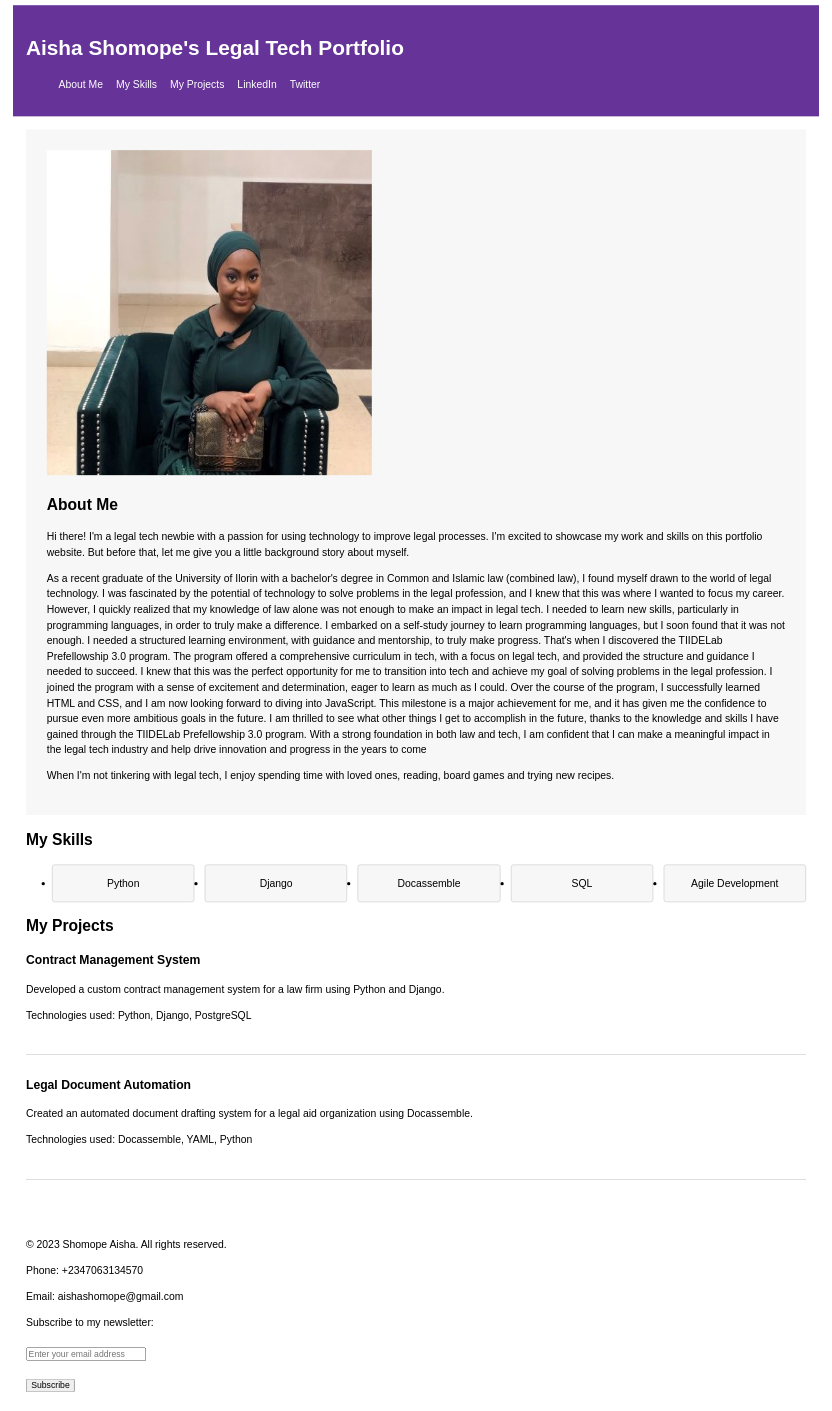
Repository: Iyewande/AishasPortfolio
Page: Index.html
An editor plug-in stored every save of this project. The page is shown before and after the next save, followed by the edit.
The browser window is 1280 px wide. The pictures show the whole page, at 65% of full size.

Above is the page before, as saved 2023-04-30 20:23:35.

After the next save:
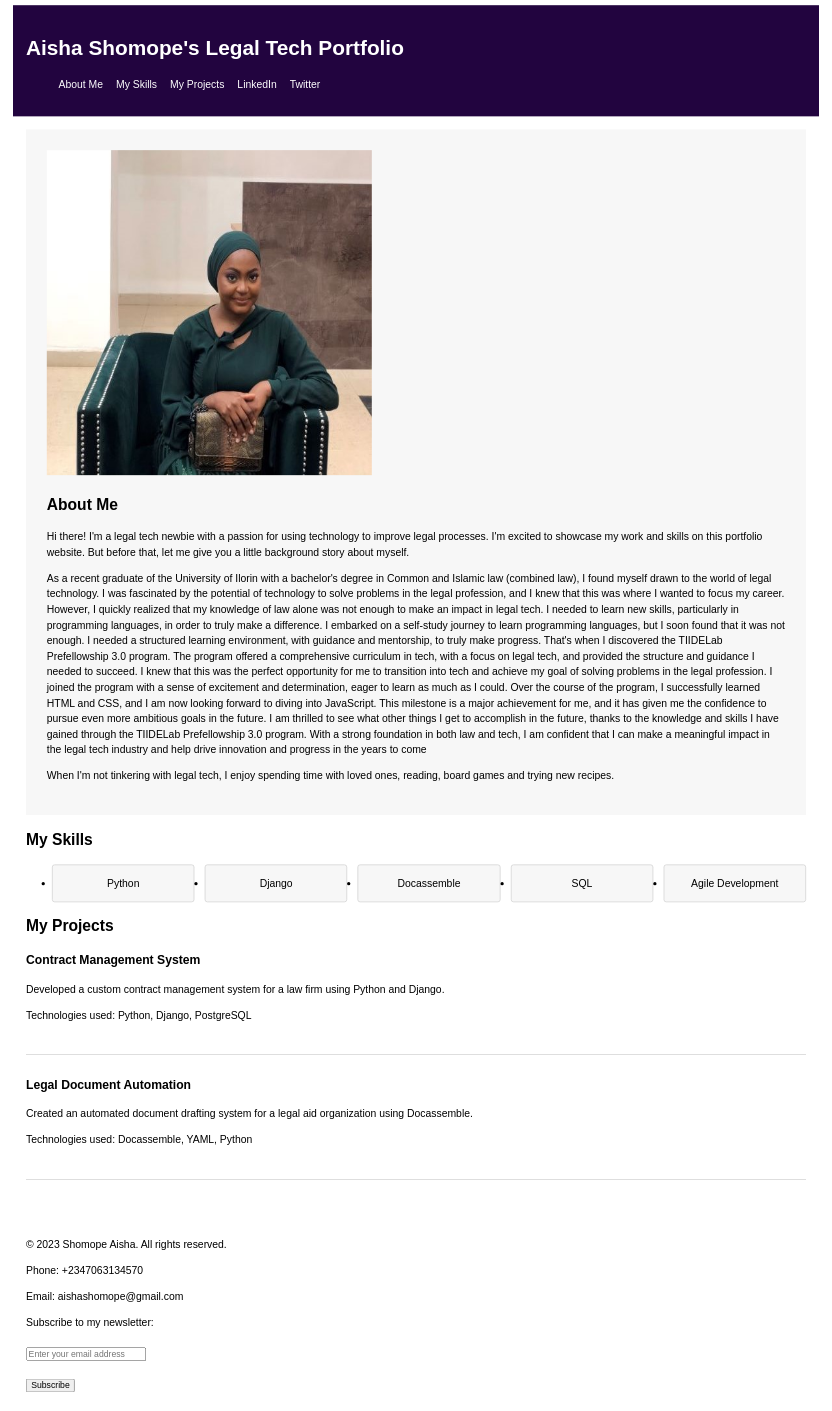
Saved 22 s later.
--- a/Style.css
+++ b/Style.css
@@ -113,7 +113,7 @@ header, main, footer {
 
 /* Header Styles */
 header {
-    background-color: rebeccapurple;
+    background-color: rgb(34, 4, 63);
     color: #fff;
 }
 
